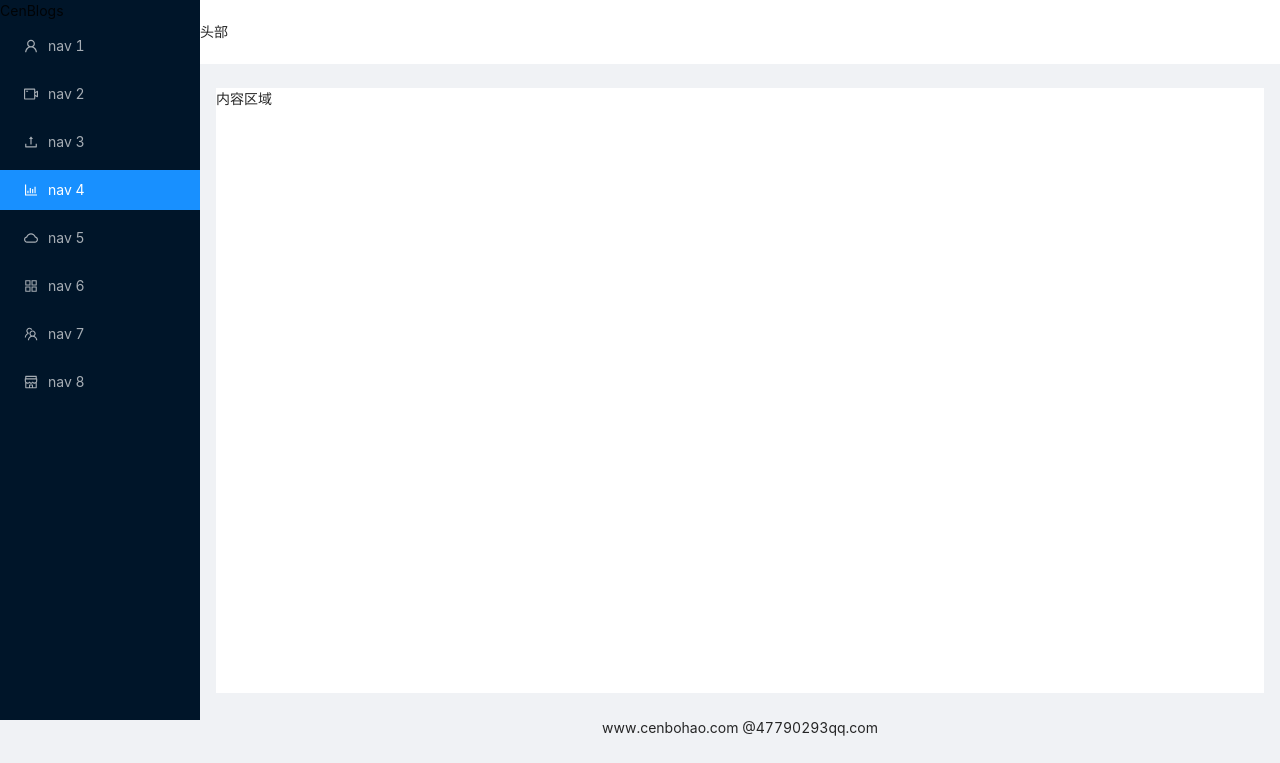
Repository: CBH20010703/BlogsAntd
Page: /
An editor plug-in stored every save of this project. The page is shown before and after the next save, followed by the edit.
The browser window is 1280 px wide. The pictures show the whole page.
The project was rebuilt for these pictures with package versions that can differ from the ones it lists, and the page was loaded fresh each time. Also part of the build but not shown: src/view/Home/Home.css, src/view/404/Error.jsx.

Above is the page before, as saved 2021-06-20 22:46:17.

### src/index.js
import React from 'react';
import ReactDOM from 'react-dom';
import './index.css';
import App from './App';



ReactDOM.render(<App />,document.getElementById('root'));

### src/App.js
import './App.css';
import { React, Component } from "react";
import Headers from './component/Header/Headers';
import MenuList from './component/Menu/MenuList';
import Footers from './component/Footer/Footers';
import RouterMap from './router/RouterMap';
import { Layout} from 'antd';

const {  Content, Sider } = Layout;
export default class  App extends Component {
  constructor(props) {
    super(props);
    this.state = {  collapsed: false, }
  }
   toggle = () => {
    this.setState({
      collapsed: !this.state.collapsed,
    });
  };
  render() {
    return (
      <Layout>
    <Sider
      style={{
        overflow: 'auto',
        height: '100vh',
        position: 'fixed',
        left: 0,
      }}
    >
       <MenuList/>
    </Sider>
    <Layout className="site-layout" style={{ marginLeft: 200 }}>
      <Headers></Headers>
          <Content style={{ margin: '24px 16px 0', overflow: 'initial', height: "84vh", background:"#fff" }}>
          <RouterMap />
      </Content>
      <Footers/>
    </Layout>
  </Layout>
    );
  }
}

### src/component/Header/Headers.jsx
import React, { Component } from 'react'
import { Layout } from 'antd';
import "./Headers.css"
const { Header } = Layout;
export default class Headers extends Component {
    render() {
        return (
            <div>
                <Header className="site-layout-background" style={{ padding: 0 }} > 头部</Header>
            </div>
        )
    }
}

### src/component/Menu/MenuList.jsx
import React, { Component } from 'react'
import { Menu } from 'antd';
import {
  AppstoreOutlined,
  BarChartOutlined,
  CloudOutlined,
  ShopOutlined,
  TeamOutlined,
  UserOutlined,
  UploadOutlined,
  VideoCameraOutlined,
} from '@ant-design/icons';
export default class MenuList extends Component {
    render() {
        return (
            <div>
          <div className="logo" >
            CenBlogs
          </div>
      <Menu theme="dark" mode="inline" defaultSelectedKeys={['4']}>
        <Menu.Item key="1" icon={<UserOutlined />}>
          nav 1
        </Menu.Item>
        <Menu.Item key="2" icon={<VideoCameraOutlined />}>
          nav 2
        </Menu.Item>
        <Menu.Item key="3" icon={<UploadOutlined />}>
          nav 3
        </Menu.Item>
        <Menu.Item key="4" icon={<BarChartOutlined />}>
          nav 4
        </Menu.Item>
        <Menu.Item key="5" icon={<CloudOutlined />}>
          nav 5
        </Menu.Item>
        <Menu.Item key="6" icon={<AppstoreOutlined />}>
          nav 6
        </Menu.Item>
        <Menu.Item key="7" icon={<TeamOutlined />}>
          nav 7
        </Menu.Item>
        <Menu.Item key="8" icon={<ShopOutlined />}>
          nav 8
        </Menu.Item>
      </Menu>
            </div>
        )
    }
}

### src/component/Footer/Footers.jsx
import React, { Component } from 'react'
import { Layout } from 'antd';
const {  Footer } = Layout;
export default class Footers extends Component {
    render() {
        return (
            <div>
               <Footer style={{ textAlign: 'center' }}>www.cenbohao.com @47790293qq.com</Footer>
            </div>
        )
    }
}

### src/router/RouterMap.js
import React from 'react'
import { HashRouter, Route, Switch} from 'react-router-dom'
import Home from "../view/Home/Home.jsx";
import Error from "../view/404/Error.jsx";
export default class RouterMap  extends React.Component {
    updateHandle() {
        console.log('每次router变化之后都会触发')
    }
    render() {
        return (
            <HashRouter>
                <Switch>
                    <Route exact path="/" component={Home} />
                    <Route  path="*" component={Error} />
               </Switch>
            </HashRouter>
        )
    }
}

### src/component/Header/Headers.css
.site-layout .site-layout-background {
    background: #fff;
}

 .trigger {
    padding: 0 24px;
    font-size: 18px;
    line-height: 64px;
    cursor: pointer;
    transition: color 0.3s;
}

 .trigger:hover {
    color: #1890ff;
}

### src/view/Home/Home.jsx
import React, { Component } from 'react'
import "./Home.css"
export default class Home extends Component {
      handleClick = e => {
    console.log('click ', e);
  };
    render() {
        return (
            <div >
                内容区域
            </div>
        )
    }
}

### src/component/Menu/MenuList.css
.logo {
    height: 32px;
    margin: 16px;
    background: rgba(255, 255, 255, 0.2);
    text-align: center;
    line-height: 32px;
    color: #fff;
    font-weight: 600;
}

Loaded but not shown: public/index.html (common file); src/index.css (common file); src/App.css (common file)

After the next save:
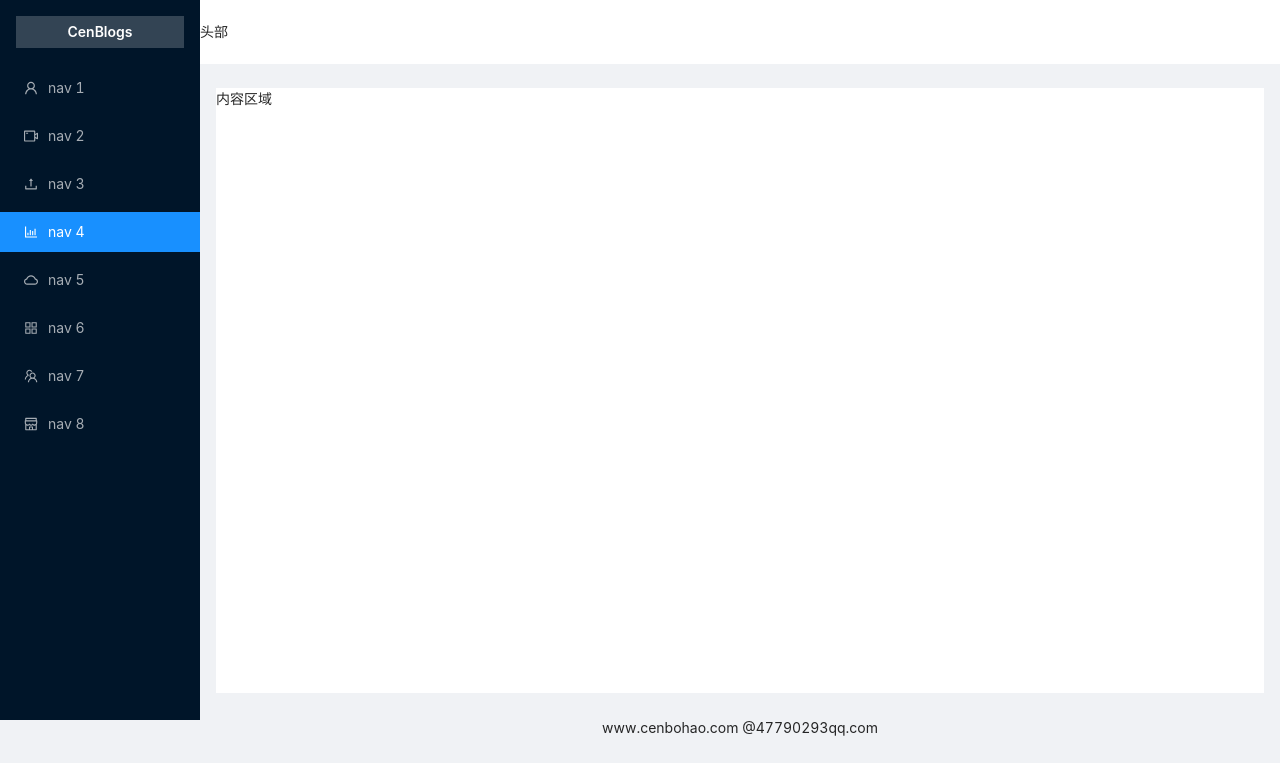
Saved 27 s later.
--- a/src/component/Menu/MenuList.jsx
+++ b/src/component/Menu/MenuList.jsx
@@ -1,5 +1,6 @@
 import React, { Component } from 'react'
 import { Menu } from 'antd';
+import "./MenuList.css"
 import {
   AppstoreOutlined,
   BarChartOutlined,
